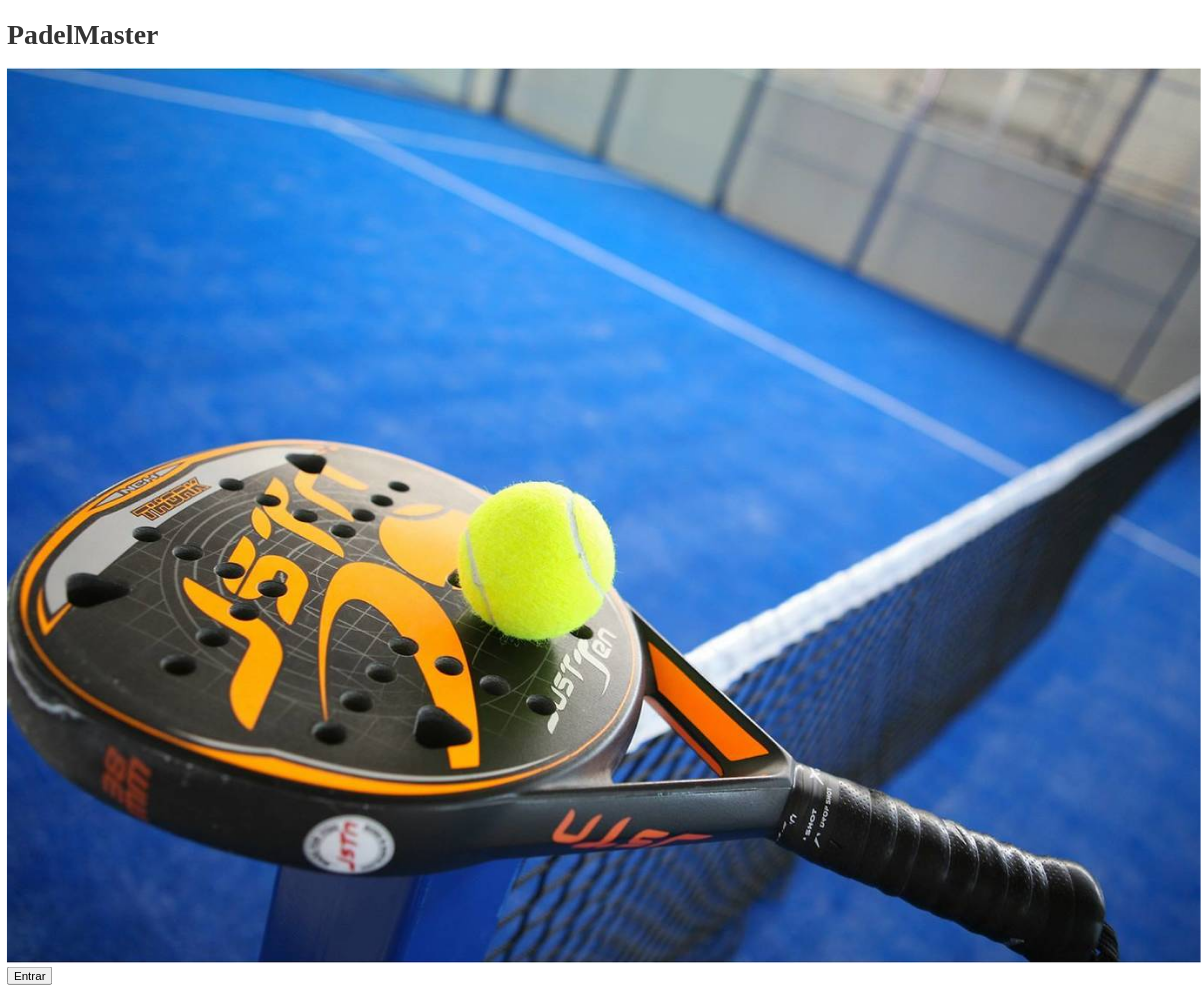
Repository: MarcioMiguel22/PadelMaster
Page: /
An editor plug-in stored every save of this project. The page is shown before and after the next save, followed by the edit.
The browser window is 1280 px wide. The page is 1380 px wide, so the pictures cover 1380 px, including what lies to the right of the window. The pictures show the whole page, at 87% of full size.
The project was rebuilt for these pictures with package versions that can differ from the ones it lists, and the page was loaded fresh each time. Also part of the build but not shown: vite.config.ts, src/pages/Calculadora/Calculadora.css, src/components/components_calculadora/JogadorItem.tsx, src/components/components_calculadora/JogadoresLista.tsx, src/components/components_calculadora/Campo.tsx, src/components/components_calculadora/Jogo.tsx, src/components/components_calculadora/Ranking.module.css, src/components/components_calculadora/Ranking.tsx and 7 more.

Above is the page before, as saved 2024-06-14 20:39:53.

After the next save:
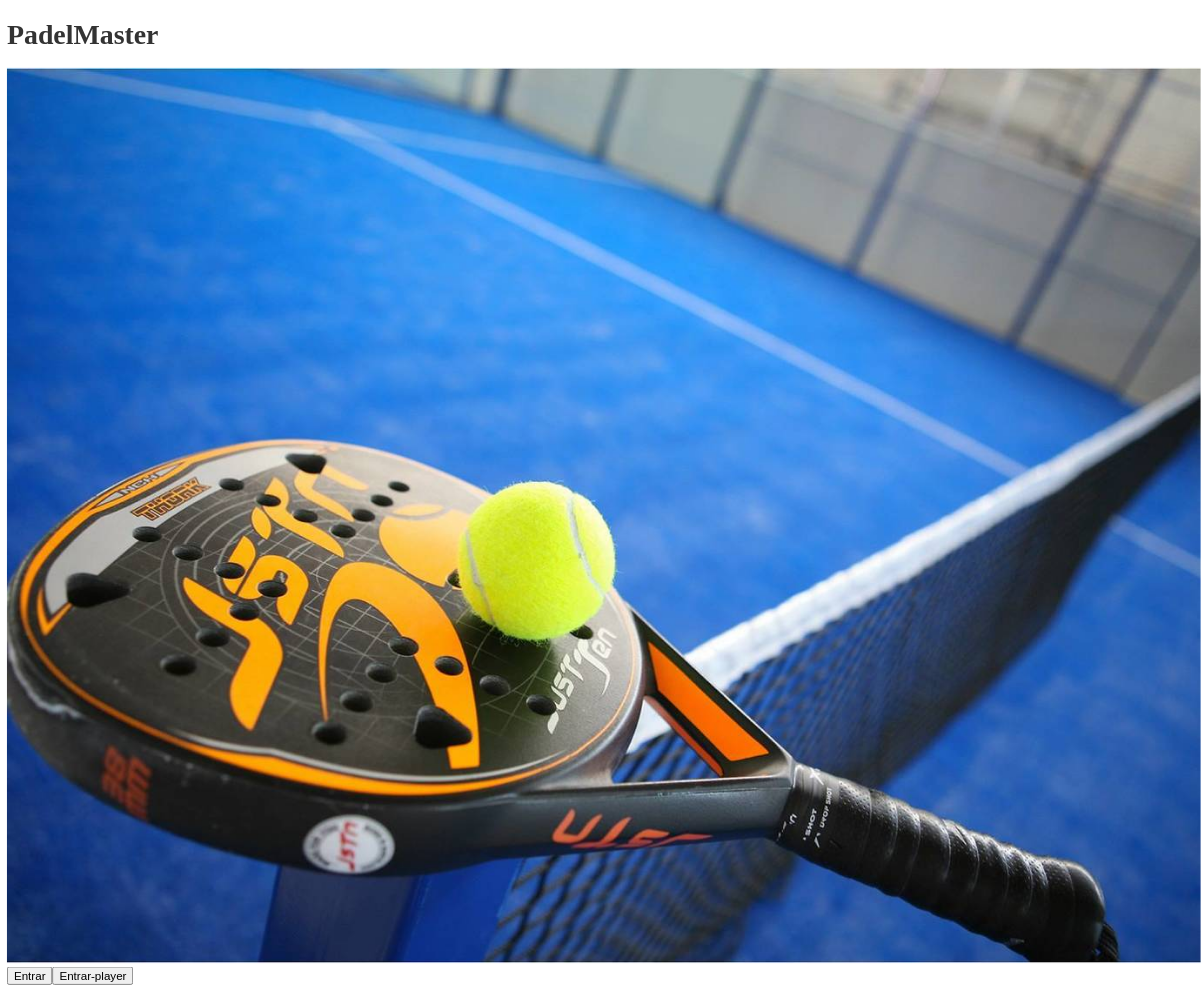
Saved 93 s later.
--- a/src/pages/Home/Home.tsx
+++ b/src/pages/Home/Home.tsx
@@ -11,6 +11,7 @@ const PadelPage: React.FC = () => {
       <h1>PadelMaster</h1>
       <img src={padelImage} alt="Imagem de Padel" className="padel-image" />
       <button className="enter-button" onClick={() => navigate('/calculadora')}>Entrar</button>
+      <button className="enter-button" onClick={() => navigate('/player-component')}>Entrar-player</button>
     </div>
   );
 };
